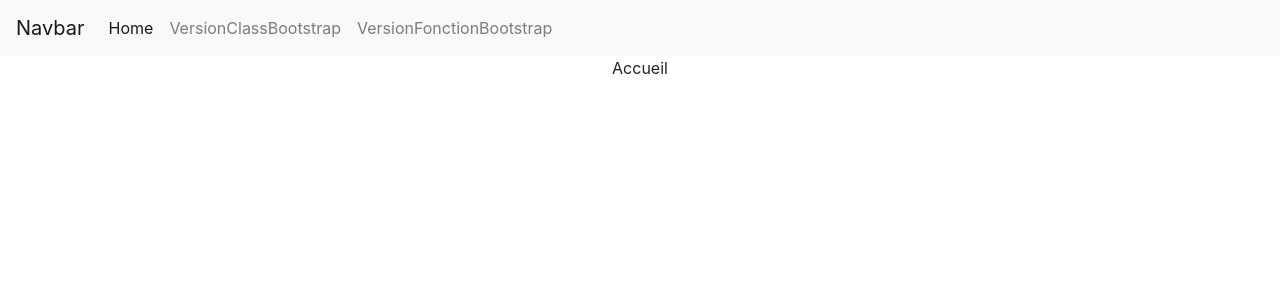
Repository: LudovicB21/CountryTest
Page: /
These files come from the project's save history. The page is drawn as it stood at one moment and after the next save; the edit follows.
The browser window is 1280 px wide. The pictures show the whole page.
The project was rebuilt for these pictures with package versions that can differ from the ones it lists, and the page was loaded fresh each time. Also part of the build but not shown: src/components/VersionClassBootstrap/ListPays.components.js, src/components/VersionClassBootstrap/InfoPays.components.js.

Above is the page before, as saved 2020-10-29 09:57:53.

### public/index.html
<!DOCTYPE html>
<html lang="en">
  <head>
    <meta charset="utf-8" />
    <link rel="icon" href="%PUBLIC_URL%/favicon.ico" />
    <link rel="stylesheet" href="https://cdn.jsdelivr.net/npm/bootstrap@4.5.3/dist/css/bootstrap.min.css" integrity="sha384-TX8t27EcRE3e/ihU7zmQxVncDAy5uIKz4rEkgIXeMed4M0jlfIDPvg6uqKI2xXr2" crossorigin="anonymous">
    <meta name="viewport" content="width=device-width, initial-scale=1" />
    <meta name="theme-color" content="#000000" />
    <meta
      name="description"
      content="Web site created using create-react-app"
    />
    <link rel="apple-touch-icon" href="%PUBLIC_URL%/logo192.png" />
    <!--
      manifest.json provides metadata used when your web app is installed on a
      user's mobile device or desktop. See https://developers.google.com/web/fundamentals/web-app-manifest/
    -->
    <link rel="manifest" href="%PUBLIC_URL%/manifest.json" />
    <link
      rel="stylesheet"
      href="https://maxcdn.bootstrapcdn.com/bootstrap/4.5.0/css/bootstrap.min.css"
      integrity="sha384-9aIt2nRpC12Uk9gS9baDl411NQApFmC26EwAOH8WgZl5MYYxFfc+NcPb1dKGj7Sk"
      crossorigin="anonymous"
    />
    <link rel="stylesheet" href="https://cdn.jsdelivr.net/npm/bootstrap@4.5.3/dist/css/bootstrap.min.css" integrity="sha384-TX8t27EcRE3e/ihU7zmQxVncDAy5uIKz4rEkgIXeMed4M0jlfIDPvg6uqKI2xXr2" crossorigin="anonymous">

    <!--
      Notice the use of %PUBLIC_URL% in the tags above.
      It will be replaced with the URL of the `public` folder during the build.
      Only files inside the `public` folder can be referenced from the HTML.

      Unlike "/favicon.ico" or "favicon.ico", "%PUBLIC_URL%/favicon.ico" will
      work correctly both with client-side routing and a non-root public URL.
      Learn how to configure a non-root public URL by running `npm run build`.
    -->
    <title>React App</title>
  </head>
  <body>
    <noscript>You need to enable JavaScript to run this app.</noscript>
    <div id="root"></div>
    <!--
      This HTML file is a template.
      If you open it directly in the browser, you will see an empty page.

      You can add webfonts, meta tags, or analytics to this file.
      The build step will place the bundled scripts into the <body> tag.

      To begin the development, run `npm start` or `yarn start`.
      To create a production bundle, use `npm run build` or `yarn build`.
    -->
  </body>
</html>

### src/App.js
import React from 'react';
import './App.css';
import ListPays from "./components/VersionClassBootstrap/ListPays.components"
import Accueil from "./components/Accueil"
import { BrowserRouter as Router, Route, Switch} from 'react-router-dom'
import InfoPays from "./components/VersionClassBootstrap/InfoPays.components"
import Nav from "./components/Navigation"
function App() {
  return (
    <div className="App">
        <Router>
          <Nav />
          <Switch>
            <Route path="/"  exact component={Accueil} />
            <Route path="/VersionClassBootstrap" exact component={ListPays} />
            <Route path="/VersionClassBootstrap/:id"  component={InfoPays }/>
          </Switch>
        </Router>
    </div>
  );
}

export default App;

### src/components/Accueil.js
import React, { Component } from 'react'

class Accueil extends Component {
    render() {
        return (
            <div>
                Accueil
            </div>
        )
    }
}

export default Accueil

### src/components/Navigation.js
import React, { Component } from 'react';
import { Link } from 'react-router-dom';

class Navigation extends Component {
    render() {
        return (
            <nav class="navbar navbar-expand-lg navbar-light bg-light">
            <a class="navbar-brand" href="#">Navbar</a>
            <button class="navbar-toggler" type="button" data-toggle="collapse" data-target="#navbarNav" aria-controls="navbarNav" aria-expanded="false" aria-label="Toggle navigation">
                <span class="navbar-toggler-icon"></span>
            </button>
            <div class="collapse navbar-collapse" id="navbarNav">
                <ul class="navbar-nav">
                    <li class="nav-item active">
                        <a class="nav-link" href="#">Home <span class="sr-only">(current)</span></a>
                    </li>
                    <Link to="/VersionClassBootstrap">
                        <li class="nav-item">
                            <a class="nav-link" href="#">VersionClassBootstrap</a>
                        </li>
                    </Link>
                    <Link to="/VersionFonctionBootstrap">
                        <li class="nav-item">
                            <a class="nav-link" href="#">VersionFonctionBootstrap</a>
                        </li>
                    </Link>
                </ul>
            </div>
            </nav>
        )
    }
}

export default Navigation

Loaded but not shown: src/index.js (common file); src/index.css (common file); src/serviceWorker.js (common file); src/App.css (common file)

After the next save:
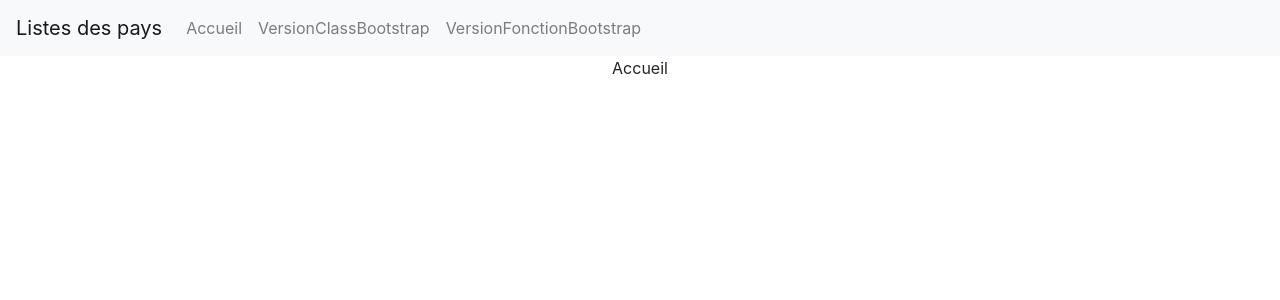
Saved 24 s later.
--- a/src/components/Navigation.js
+++ b/src/components/Navigation.js
@@ -5,15 +5,17 @@ class Navigation extends Component {
     render() {
         return (
             <nav class="navbar navbar-expand-lg navbar-light bg-light">
-            <a class="navbar-brand" href="#">Navbar</a>
+            <a class="navbar-brand" href="#">Listes des pays</a>
             <button class="navbar-toggler" type="button" data-toggle="collapse" data-target="#navbarNav" aria-controls="navbarNav" aria-expanded="false" aria-label="Toggle navigation">
                 <span class="navbar-toggler-icon"></span>
             </button>
             <div class="collapse navbar-collapse" id="navbarNav">
                 <ul class="navbar-nav">
-                    <li class="nav-item active">
-                        <a class="nav-link" href="#">Home <span class="sr-only">(current)</span></a>
-                    </li>
+                    <Link to="/Accueil">
+                        <li class="nav-item">
+                            <a class="nav-link" href="#">Accueil <span class="sr-only">(current)</span></a>
+                        </li>
+                    </Link>
                     <Link to="/VersionClassBootstrap">
                         <li class="nav-item">
                             <a class="nav-link" href="#">VersionClassBootstrap</a>
